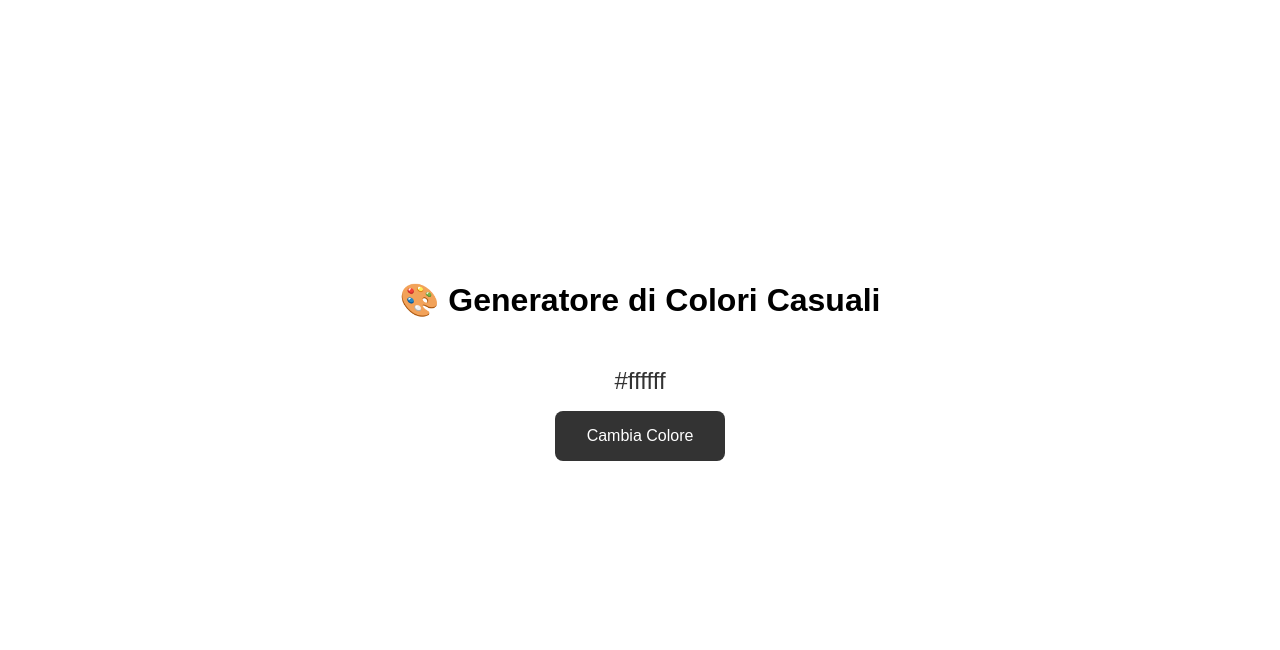
Repository: Probyte5D/Armocromia-website
Page: index.html
The author's editor kept a copy of each file at every save. The page is drawn from the files as they stood at one save, then again after the next save.
The browser window is 1280 px wide. The pictures show the whole page.

Above is the page before, as saved 2025-04-17 19:59:53.

### index.html
<!DOCTYPE html>
<html lang="it">
<head>
  <meta charset="UTF-8" />
  <meta name="viewport" content="width=device-width, initial-scale=1.0"/>
  <title>Generatore di Colori Casuali</title>
  <link rel="stylesheet" href="style.css" />
</head>
<body>
  <h1>🎨 Generatore di Colori Casuali</h1>
  <div id="colorCode">#ffffff</div>
  <button onclick="cambiaColore()">Cambia Colore</button>

  <script src="script.js"></script>
</body>
</html>

### style.css
body {
  display: flex;
  flex-direction: column;
  align-items: center;
  justify-content: center;
  height: 100vh;
  margin: 0;
  font-family: Arial, sans-serif;
  background-color: #ffffff;
  transition: background-color 0.3s ease;
}

h1 {
  margin-bottom: 2rem;
}

#colorCode {
  font-size: 1.5rem;
  margin: 1rem 0;
  color: #333;
}

button {
  padding: 1rem 2rem;
  font-size: 1rem;
  border: none;
  background-color: #333;
  color: #fff;
  border-radius: 8px;
  cursor: pointer;
  transition: background 0.3s;
}

button:hover {
  background-color: #555;
}

### script.js
function generaColore() {
  const lettere = "0123456789ABCDEF";
  let colore = "#";
  for (let i = 0; i < 6; i++) {
    colore += lettere[Math.floor(Math.random() * 16)];
  }
  return colore;
}

function cambiaColore() {
  const nuovoColore = generaColore();
  document.body.style.backgroundColor = nuovoColore;
  document.getElementById("colorCode").textContent = nuovoColore;
}

After the next save:
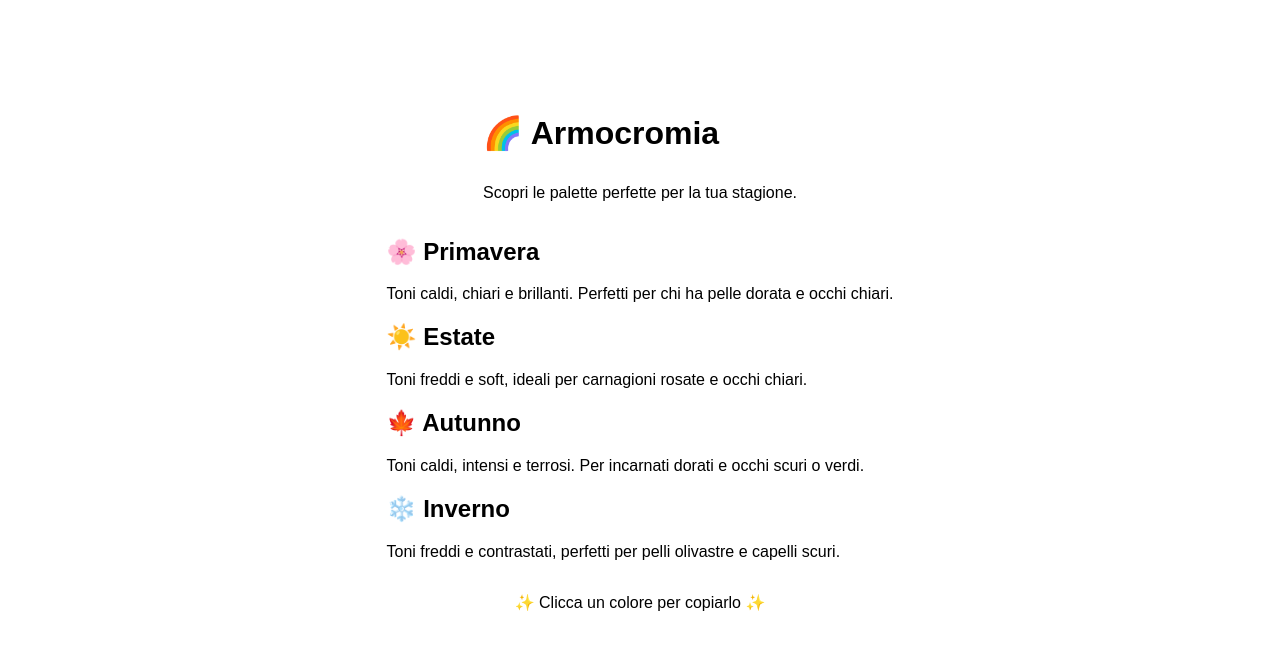
Saved 95 s later.
--- a/index.html
+++ b/index.html
@@ -2,14 +2,69 @@
 <html lang="it">
 <head>
   <meta charset="UTF-8" />
-  <meta name="viewport" content="width=device-width, initial-scale=1.0"/>
-  <title>Generatore di Colori Casuali</title>
+  <meta name="viewport" content="width=device-width, initial-scale=1.0" />
+  <title>Armocromia - Scopri la tua stagione</title>
   <link rel="stylesheet" href="style.css" />
 </head>
 <body>
-  <h1>🎨 Generatore di Colori Casuali</h1>
-  <div id="colorCode">#ffffff</div>
-  <button onclick="cambiaColore()">Cambia Colore</button>
+  <header>
+    <h1>🌈 Armocromia</h1>
+    <p>Scopri le palette perfette per la tua stagione.</p>
+  </header>
+
+  <main>
+    <section class="season primavera">
+      <h2>🌸 Primavera</h2>
+      <p>Toni caldi, chiari e brillanti. Perfetti per chi ha pelle dorata e occhi chiari.</p>
+      <div class="palette">
+        <div class="color" data-color="#FFD1DC"></div>
+        <div class="color" data-color="#FFFACD"></div>
+        <div class="color" data-color="#E0BBE4"></div>
+        <div class="color" data-color="#FFB347"></div>
+        <div class="color" data-color="#B5EAD7"></div>
+      </div>
+    </section>
+
+    <section class="season estate">
+      <h2>☀️ Estate</h2>
+      <p>Toni freddi e soft, ideali per carnagioni rosate e occhi chiari.</p>
+      <div class="palette">
+        <div class="color" data-color="#BFD7EA"></div>
+        <div class="color" data-color="#D6E2E9"></div>
+        <div class="color" data-color="#A2D2FF"></div>
+        <div class="color" data-color="#CDB4DB"></div>
+        <div class="color" data-color="#E2F0CB"></div>
+      </div>
+    </section>
+
+    <section class="season autunno">
+      <h2>🍁 Autunno</h2>
+      <p>Toni caldi, intensi e terrosi. Per incarnati dorati e occhi scuri o verdi.</p>
+      <div class="palette">
+        <div class="color" data-color="#D2691E"></div>
+        <div class="color" data-color="#C3B091"></div>
+        <div class="color" data-color="#A0522D"></div>
+        <div class="color" data-color="#F4A460"></div>
+        <div class="color" data-color="#B22222"></div>
+      </div>
+    </section>
+
+    <section class="season inverno">
+      <h2>❄️ Inverno</h2>
+      <p>Toni freddi e contrastati, perfetti per pelli olivastre e capelli scuri.</p>
+      <div class="palette">
+        <div class="color" data-color="#000000"></div>
+        <div class="color" data-color="#4169E1"></div>
+        <div class="color" data-color="#8A2BE2"></div>
+        <div class="color" data-color="#FF1493"></div>
+        <div class="color" data-color="#00CED1"></div>
+      </div>
+    </section>
+  </main>
+
+  <footer>
+    <p>✨ Clicca un colore per copiarlo ✨</p>
+  </footer>
 
   <script src="script.js"></script>
 </body>
